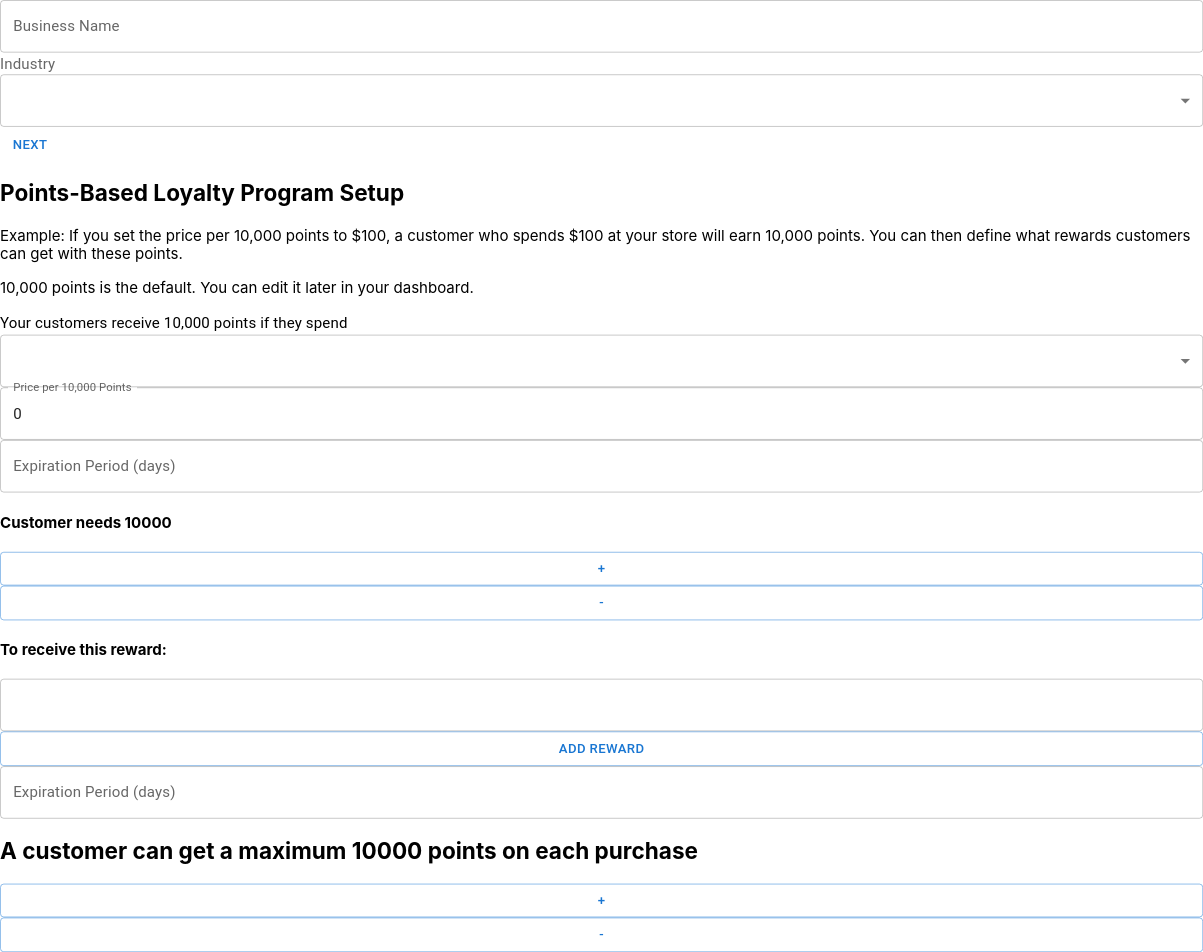
Repository: Armstrong2035/loyaltyTrackr
Page: /onboarding (app in loyalty-trackr/)
The author's editor kept a copy of each file at every save. The page is drawn from the files as they stood at one save, then again after the next save.
The browser window is 1280 px wide. The pictures show the whole page, at 94% of full size.
The project was rebuilt for these pictures with package versions that can differ from the ones it lists, and the page was loaded fresh each time. Also part of the build but not shown: loyalty-trackr/src/firebase.js, loyalty-trackr/src/Authentication/Signup.js, loyalty-trackr/src/Home/Home.js, loyalty-trackr/src/Authentication/Login.js.

Above is the page before, as saved 2024-06-07 12:55:33.

After the next save:
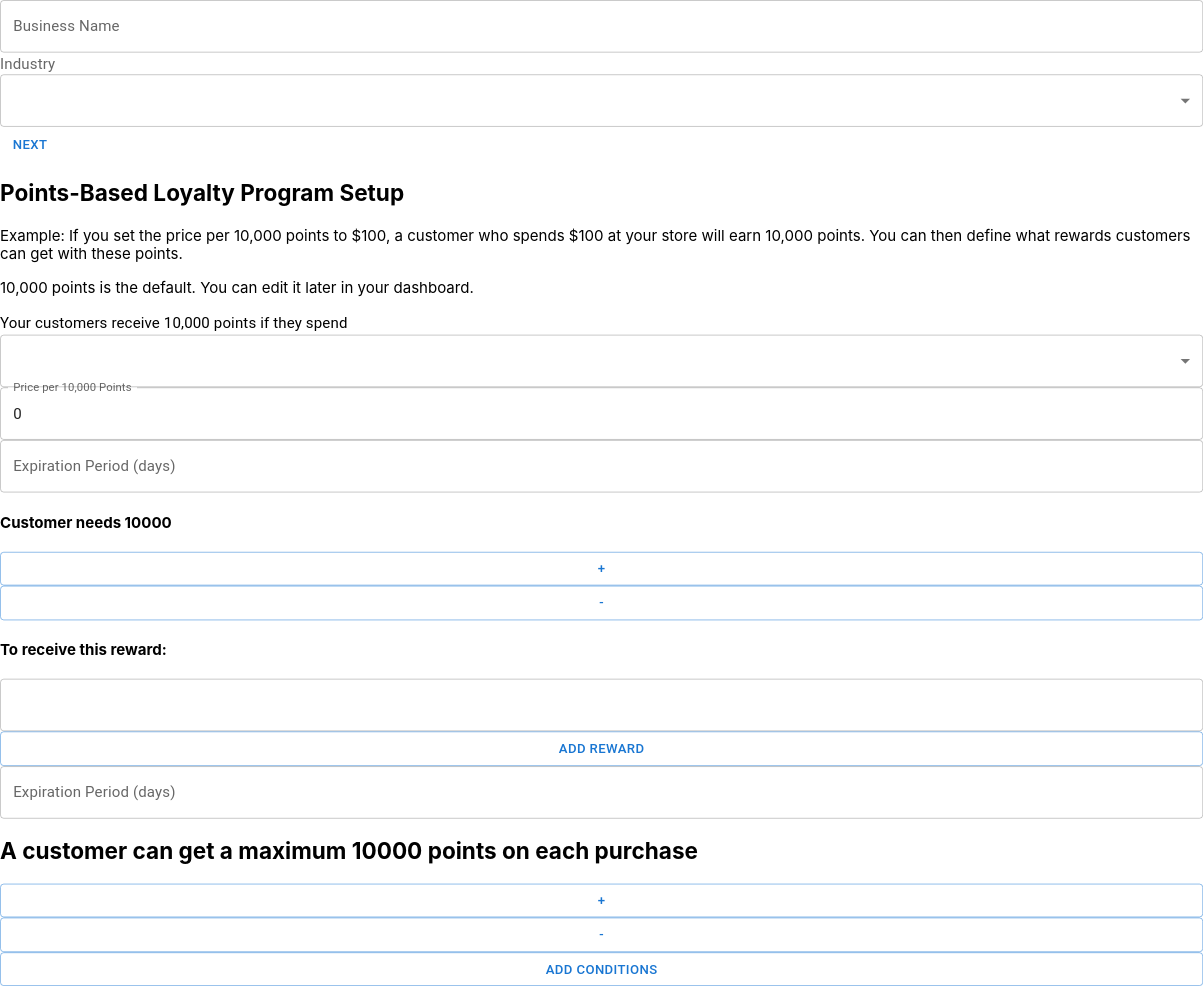
Saved 25 min 27 s later.
--- a/loyalty-trackr/src/Onboarding/LoyaltySetup/PointsBased/Conditions.js
+++ b/loyalty-trackr/src/Onboarding/LoyaltySetup/PointsBased/Conditions.js
@@ -4,7 +4,7 @@ import React, { useState } from "react";
 export const Conditions = () => {
   const [expirationPeriod, setExpirationPeriod] = useState();
   let [maximumPointsPerPurchase, setMaximumPointsPerPurchase] = useState(10000);
-  const [conditions, setConditions] = useState();
+  const [conditions, setConditions] = useState({});
 
   const increaseMaximumPoints = () => {
     setMaximumPointsPerPurchase(() => (maximumPointsPerPurchase += 100));
@@ -44,6 +44,10 @@ export const Conditions = () => {
         <Button variant="outlined" onClick={decreaseMaximumPoints}>
           -
         </Button>
+
+        <Button variant="outlined" onClick={handleConditionsChange}>
+          Add Conditions
+        </Button>
       </FormGroup>
     </div>
   );
